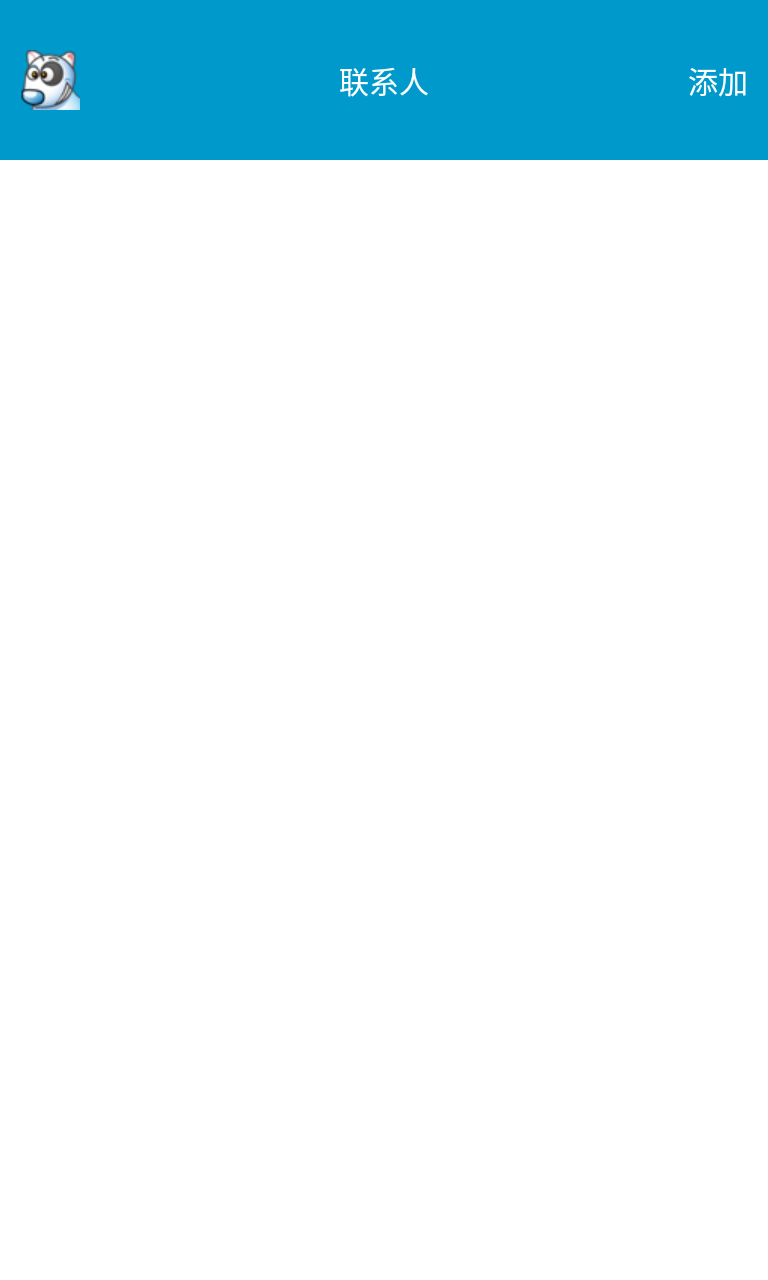
Repository: fanloveoupao/WecharTest
Layout: TestWechar/res/layout/add_activity.xml
The author's editor kept a copy of each file at every save. The layout is drawn from the files as they stood at one save, then again after the next save.
It is drawn on a 768 x 1280 px phone screen (xhdpi) without system bars, with theme AppTheme; the app's code is not run.

Above is the layout before, as saved 2015-10-06 14:26:06.

### TestWechar/res/layout/add_activity.xml
<?xml version="1.0" encoding="utf-8"?>
<LinearLayout xmlns:android="http://schemas.android.com/apk/res/android"
    android:layout_width="match_parent"
    android:layout_height="match_parent"
    android:orientation="vertical" >

    <include
        android:layout_width="fill_parent"
        android:layout_height="wrap_content"
        layout="@layout/include" />

</LinearLayout>

### TestWechar/res/values/styles.xml
<resources>

    <!--
        Base application theme, dependent on API level. This theme is replaced
        by AppBaseTheme from res/values-vXX/styles.xml on newer devices.



    -->
    <style name="AppBaseTheme" parent="android:Theme.Light">
        <!--
            Theme customizations available in newer API levels can go in
            res/values-vXX/styles.xml, while customizations related to
            backward-compatibility can go here.



        -->
    </style>

    <style name="Theme.NoTitleBar.Fullscreen">
        <item name="android:windowFullscreen">true</item>
        <item name="android:windowContentOverlay">@null</item>
    </style>
    <!-- Application theme. -->
    <style name="AppTheme" parent="AppBaseTheme">
        <!-- All customizations that are NOT specific to a particular API-level can go here. -->
    </style>

    <style name="animationmsg">
        <item name="android:windowEnterAnimation">@anim/msg_enter</item>
        <item name="android:windowExitAnimation">@anim/msg_exit</item>
    </style>

</resources>

### TestWechar/res/layout/include.xml
<?xml version="1.0" encoding="utf-8"?>
<LinearLayout xmlns:android="http://schemas.android.com/apk/res/android"
    android:layout_width="match_parent"
    android:layout_height="match_parent"
    android:orientation="vertical" >

    <RelativeLayout
        android:layout_width="fill_parent"
        android:layout_height="80dp"
        android:background="#0099CC"
        android:gravity="center_vertical" >

        <ImageView
            android:layout_width="30dp"
            android:layout_height="30dp"
            android:layout_alignParentLeft="true"
            android:layout_centerVertical="true"
            android:layout_marginLeft="10dp"
            android:src="@drawable/h091" />

        <TextView
            android:id="@+id/title"
            android:layout_width="wrap_content"
            android:layout_height="wrap_content"
            android:layout_centerHorizontal="true"
            android:layout_centerVertical="true"
            android:text="联系人"
            android:textColor="#FFFFFF"
            android:textSize="15dp" />

        <TextView
            android:id="@+id/add"
            android:layout_width="wrap_content"
            android:layout_height="wrap_content"
            android:layout_alignParentRight="true"
            android:layout_centerVertical="true"
            android:layout_marginRight="10dp"
            android:text="添加"
            android:textColor="#FFFFFF"
            android:textSize="15dp" />
    </RelativeLayout>

</LinearLayout>

Loaded but not shown: TestWechar/res/values-v11/styles.xml (common file); TestWechar/res/values-v14/styles.xml (common file)

After the next save:
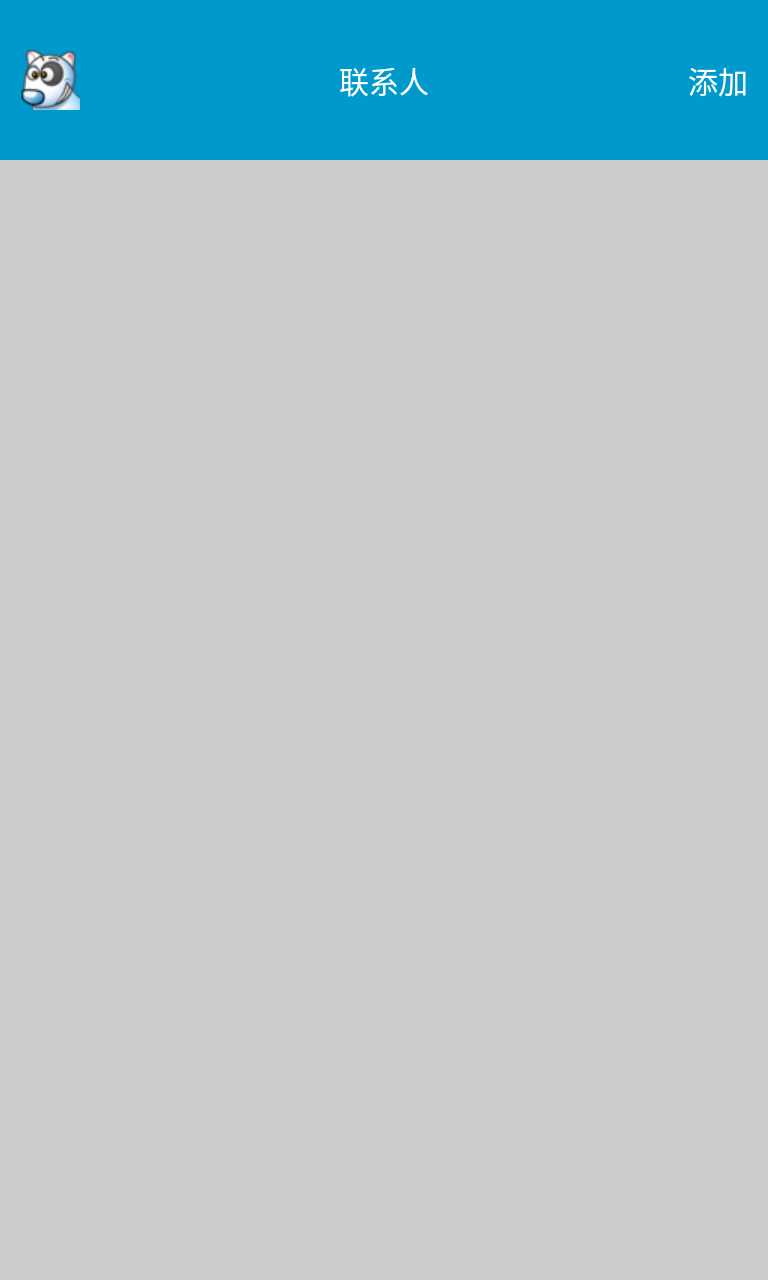
Saved 35 s later.
--- a/TestWechar/res/layout/add_activity.xml
+++ b/TestWechar/res/layout/add_activity.xml
@@ -2,6 +2,7 @@
 <LinearLayout xmlns:android="http://schemas.android.com/apk/res/android"
     android:layout_width="match_parent"
     android:layout_height="match_parent"
+    android:background="#CCCCCC"
     android:orientation="vertical" >
 
     <include
